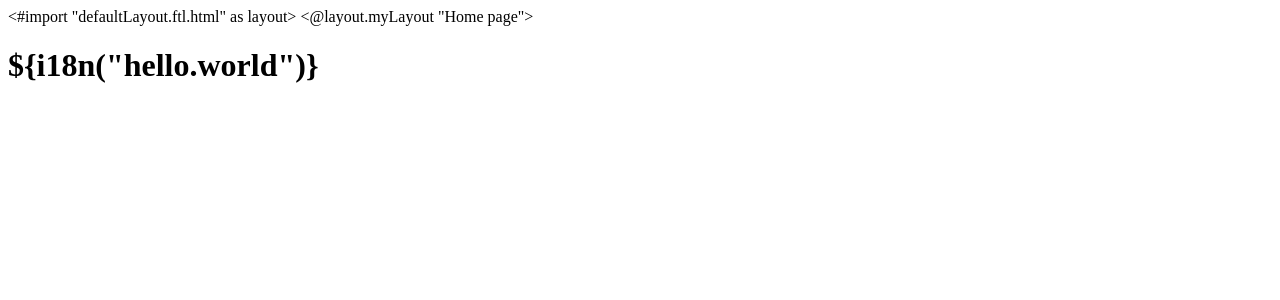
Repository: JavaProgrammerLB/JavaNinja
Page: firstNinjaProject/src/main/java/views/ApplicationController/contents.ftl.html
These files come from the project's save history. The page is drawn as it stood at one moment and after the next save; the edit follows.
The browser window is 1280 px wide. The pictures show the whole page.

Above is the page before, as saved 2015-05-24 15:02:39.

After the next save:
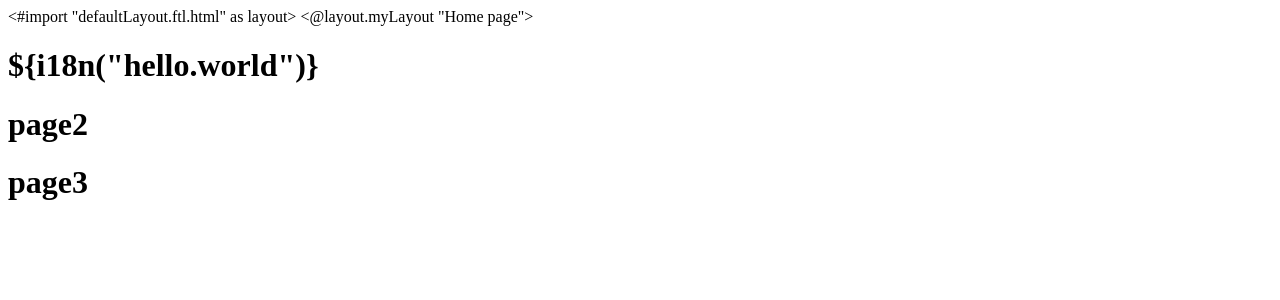
Saved 19 s later.
--- a/firstNinjaProject/src/main/java/views/ApplicationController/contents.ftl.html
+++ b/firstNinjaProject/src/main/java/views/ApplicationController/contents.ftl.html
@@ -3,5 +3,6 @@
 
 
 <h1>${i18n("hello.world")}</h1>
-
+<h1>page2</h1>
+<h1>page3</h1>
 </@layout.myLayout>
